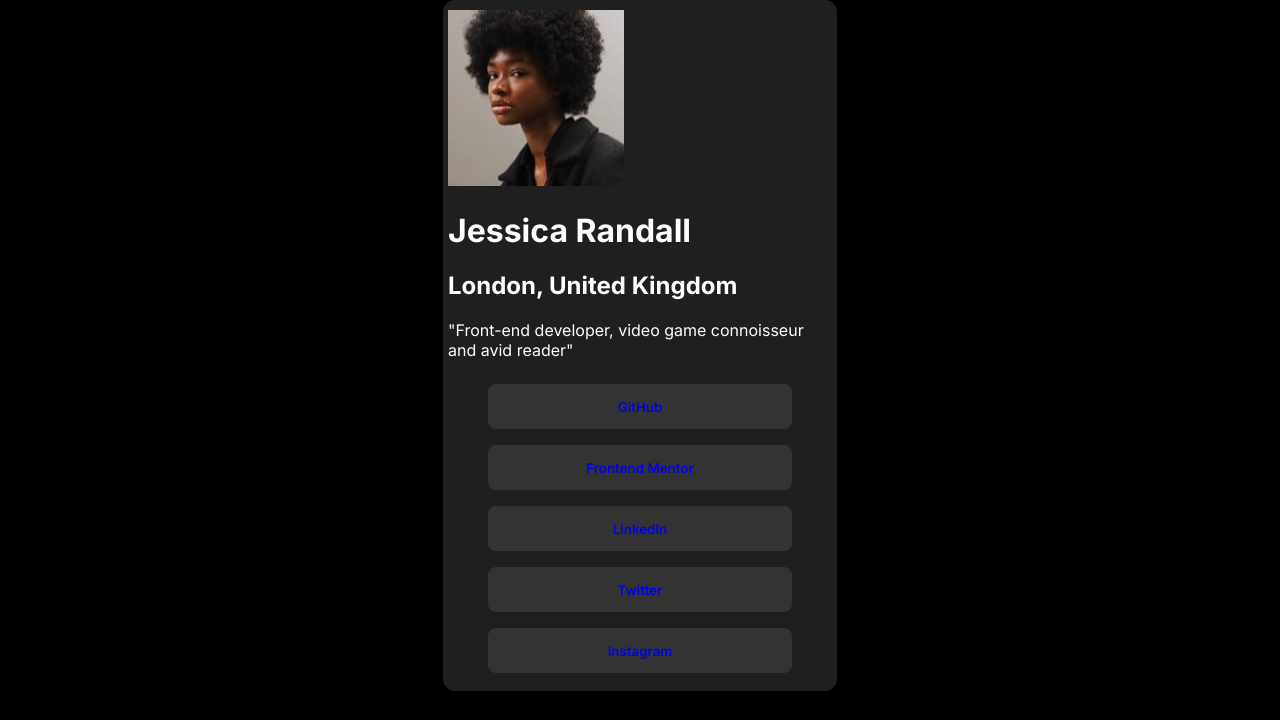
Repository: brandontaylor1/social-links-profile
Page: index.html
These files come from the project's save history. The page is drawn as it stood at one moment and after the next save; the edit follows.
The browser window is 1280 px wide. The pictures show the whole page.

Above is the page before, as saved 2024-12-25 17:15:39.

### index.html
<!DOCTYPE html>
<html lang="en">
<head>
    <meta charset="UTF-8">
    <meta name="viewport" content="width=device-width, initial-scale=1.0">
    <link rel="preconnect" href="https://fonts.googleapis.com">
    <link rel="preconnect" href="https://fonts.gstatic.com" crossorigin>
    <link href="https://fonts.googleapis.com/css2?family=Inter:ital,opsz,wght@0,14..32,100..900;1,14..32,100..900&display=swap" rel="stylesheet">
    <link rel="stylesheet" href="styles.css">
    <title>Social Links Profile</title>
</head>
<body>
    <main class="container">
        <div class="profile-content">
            <div class="img-container">
                <img src="./images/avatar-jessica.jpeg" alt="profile-pic">
            </div>
            <div class="profile-text">
                <h1>Jessica Randall</h1>
                <h2>London, United Kingdom</h2>
            </div>
            <p>"Front-end developer, video game connoisseur and avid reader"</p>
        </div>
        <div class="social-link-button-container">
            <button class="social-link-button"><a href="#">GitHub</a></button>
            <button class="social-link-button"><a href="#">Frontend Mentor</a></button>
            <button class="social-link-button"><a href="#">LinkedIn</a></button>
            <button class="social-link-button"><a href="#">Twitter</a></button>
            <button class="social-link-button"><a href="#">Instagram</a></button>
        </div>
    </main>

    <script src="index.js"></script>
</body>
</html>

### styles.css
:root {
    --gray-900: #141414;
    --gray-800: #1F1F1F;
    --gray-700: #333333;

    --color-white: #FFFFFF;
    --color-black: #000000;

    --color-green: #C4F82A;

}

body {
    box-sizing: border-box;
    margin: 0;
    padding: 0;
    background-color: black;
    display: flex;
    justify-content: center;
    align-items: center;
    font-family: "Inter", sans-serif;
    background-color: var(--color-black);
}

.container {
    background-color: var(--gray-800);
    color: var(--color-white);
    display: flex;
    flex-direction: column;
    justify-content: center;
    align-items: center;
    border-radius: 12px;
    padding: 40px 5px;
    width: 384px;
    height: 611px;
}

.social-link-button-container {
    display: flex;
    flex-direction: column;
    justify-content: center;
    align-items: center;

}

a {
    text-decoration: none;
    color: var();
}

.social-link-button {
    width: 304px;
    height: 45px;
    background-color: var(--gray-700);
    border: none;
    border-radius: 8px;
    margin: 8px;
    font-family: "Inter", sans-serif;
    font-weight: 600;

}

.social-link-button:hover {
    background-color: var(--color-green);

}

Loaded but not shown: index.js (no stored copy; drawn as an empty file)

After the next save:
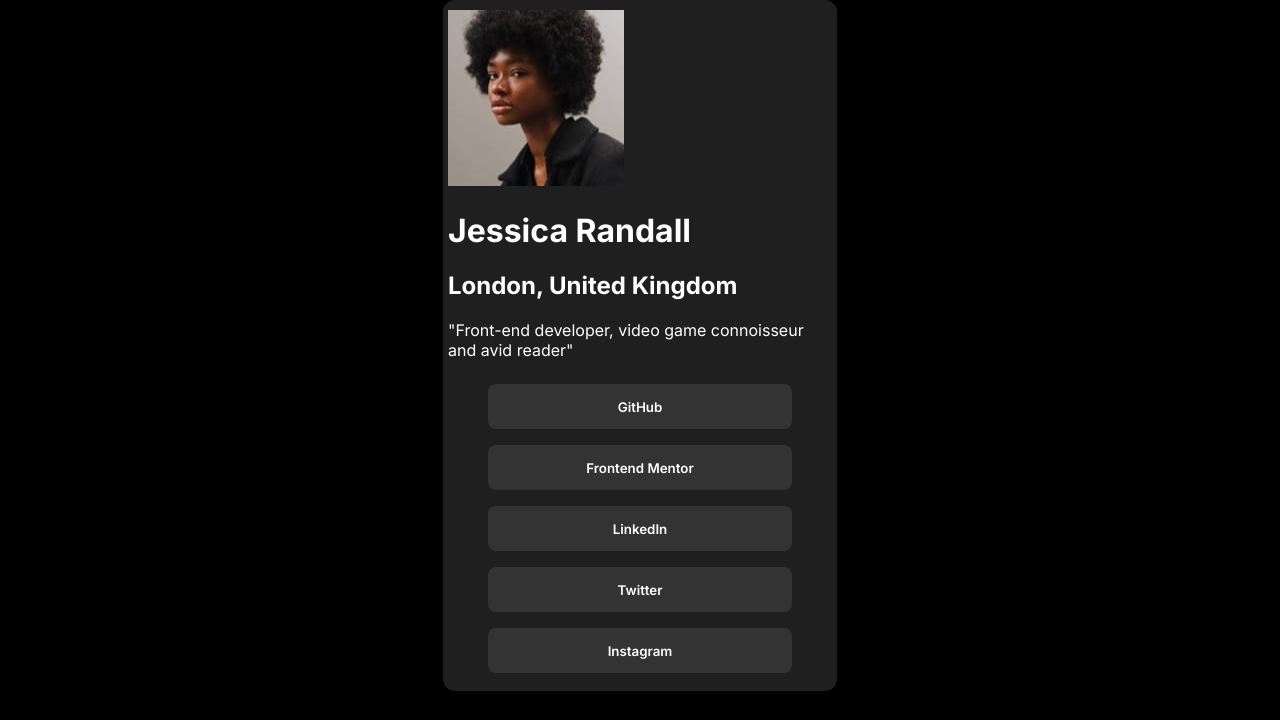
Saved 4 s later.
--- a/styles.css
+++ b/styles.css
@@ -45,7 +45,7 @@ body {
 
 a {
     text-decoration: none;
-    color: var();
+    color: var(--color-white);
 }
 
 .social-link-button {
